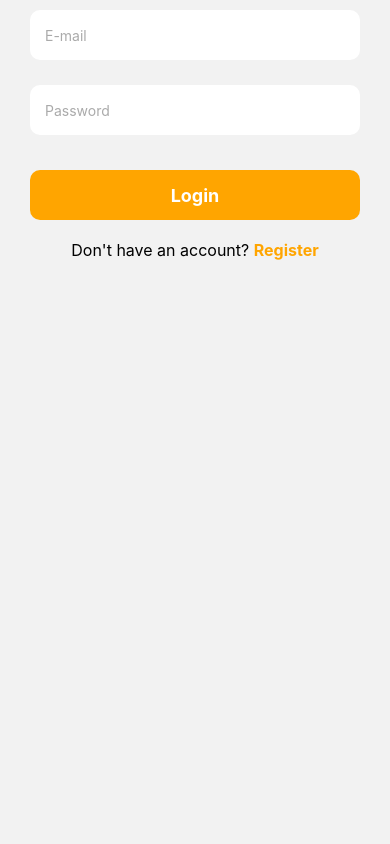
Repository: ds-mbappe/UpShoCal
Screen: /
The author's editor kept a copy of each file at every save. The screen is drawn from the files as they stood at one save, then again after the next save.
The app was drawn by React Native's web renderer in a window 390 px wide. The project was rebuilt for these pictures with package versions that can differ from the ones it lists, and the page was loaded fresh each time. Also part of the build but not shown: data.js, Screens/Home.js, Screens/Product.js, Screens/Registration.js.

Above is the screen before, as saved 2022-06-07 13:29:32.

### App.js
import React, { useEffect, useState } from "react";
import { NavigationContainer } from "@react-navigation/native";
import { createNativeStackNavigator } from "@react-navigation/native-stack";
import { createDrawerNavigator } from "@react-navigation/drawer";
import Home from "./Screens/Home";
import Product from "./Screens/Product";
import Login from "./Screens/Login";
import Registration from "./Screens/Registration";

const Stack = createNativeStackNavigator();
const Drawer = createDrawerNavigator();

const Root = () => {
  return (
    <Stack.Navigator initialRouteName="Home">
      <Stack.Screen
        name="Root"
        component={Home}
        options={{ headerShown: false }}
      />
      <Stack.Screen
        name="Product"
        component={Product}
        options={{ headerShown: false }}
      />
    </Stack.Navigator>
  );
};

export default function App() {
  const [loading, setLoading] = useState(true);

  const [user, setUser] = useState(null);

  return (
    <NavigationContainer>
      <Stack.Navigator>
        {user ? (
          <Stack.Screen
            name="Root"
            component={Root}
            options={{ headerShown: false }}
          />
        ) : (
          <>
            <Stack.Screen
              name="Login"
              component={Login}
              options={{ headerShown: false }}
            />
            <Stack.Screen
              name="Registration"
              component={Registration}
              options={{ headerShown: false }}
            />
          </>
        )}
      </Stack.Navigator>
    </NavigationContainer>
    // <NavigationContainer>
    //   <Drawer.Navigator screenOptions={{ drawerPosition: "right" }}>
    //     <Drawer.Screen
    //       name="Home"
    //       component={Root}
    //       options={{ headerShown: false }}
    //     />
    //   </Drawer.Navigator>
    // </NavigationContainer>
  );
}

### Screens/Login.js
import {
  StyleSheet,
  Text,
  TextInput,
  TouchableOpacity,
  View,
  ScrollView,
} from "react-native";
import React, { useState } from "react";

const Login = ({ navigation }) => {
  const [email, setEmail] = useState("");

  const [password, setPassword] = useState("");

  const onFooterLinkPress = () => {
    navigation.navigate("Registration");
  };

  const onLoginPress = () => {
    console.log("Pressed");
  };

  return (
    <View style={styles.container}>
      <ScrollView style={{ flex: 1, width: "100%" }}>
        <TextInput
          style={styles.input}
          placeholder="E-mail"
          placeholderTextColor="#AAAAAA"
          onChangeText={(text) => setEmail(text)}
          value={email}
          autoCapitalize="none"
        />
        <TextInput
          style={styles.input}
          placeholder="Password"
          placeholderTextColor="#AAAAAA"
          secureTextEntry={true}
          onChangeText={(text) => setPassword(text)}
          value={password}
          autoCapitalize="none"
        />
        <TouchableOpacity style={styles.button} onPress={() => onLoginPress()}>
          <Text style={styles.buttonTitle}>Login</Text>
        </TouchableOpacity>
        <View style={styles.footerView}>
          <Text style={styles.footerText}>
            Don't have an account?{" "}
            <Text style={styles.footerLink} onPress={onFooterLinkPress}>
              Register
            </Text>
          </Text>
        </View>
      </ScrollView>
    </View>
  );
};

export default Login;

const styles = StyleSheet.create({
  container: {
    flex: 1,
    justifyContent: "center",
    alignItems: "center",
  },
  input: {
    height: 50,
    borderRadius: 10,
    overflow: "hidden",
    backgroundColor: "white",
    marginTop: 10,
    marginBottom: 15,
    marginStart: 30,
    marginEnd: 30,
    paddingStart: 15,
  },
  button: {
    backgroundColor: "orange",
    marginStart: 30,
    marginEnd: 30,
    marginTop: 20,
    borderRadius: 10,
    height: 50,
    justifyContent: "center",
    alignItems: "center",
  },
  buttonTitle: {
    color: "white",
    fontSize: 18,
    fontWeight: "bold",
  },
  footerView: {
    flex: 1,
    justifyContent: "center",
    alignItems: "center",
    marginTop: 20,
  },
  footerText: {
    fontSize: 16,
    color: "black",
  },
  footerLink: {
    color: "orange",
    fontWeight: "bold",
    fontSize: 16,
  },
});

After the next save:
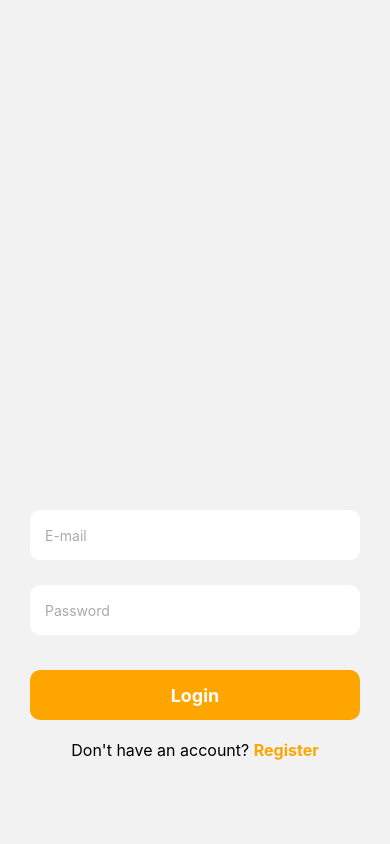
Saved 13 s later.
--- a/Screens/Login.js
+++ b/Screens/Login.js
@@ -62,6 +62,7 @@
 const styles = StyleSheet.create({
   container: {
     flex: 1,
+    marginTop: 500,
     justifyContent: "center",
     alignItems: "center",
   },

After the save that followed:
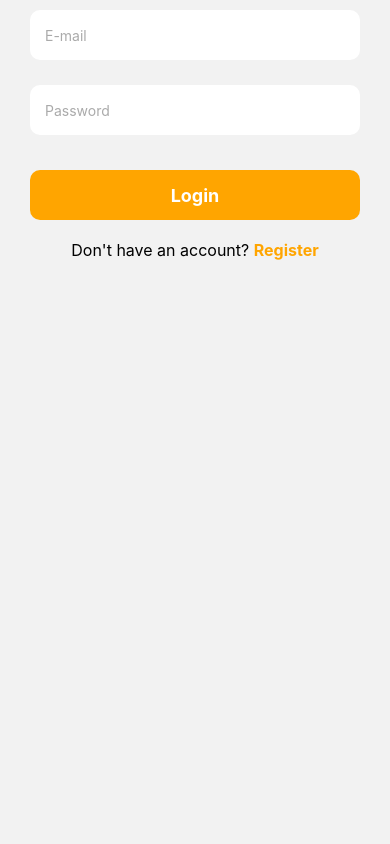
Saved 12 s later.
--- a/Screens/Login.js
+++ b/Screens/Login.js
@@ -62,7 +62,6 @@
 const styles = StyleSheet.create({
   container: {
     flex: 1,
-    marginTop: 500,
     justifyContent: "center",
     alignItems: "center",
   },
